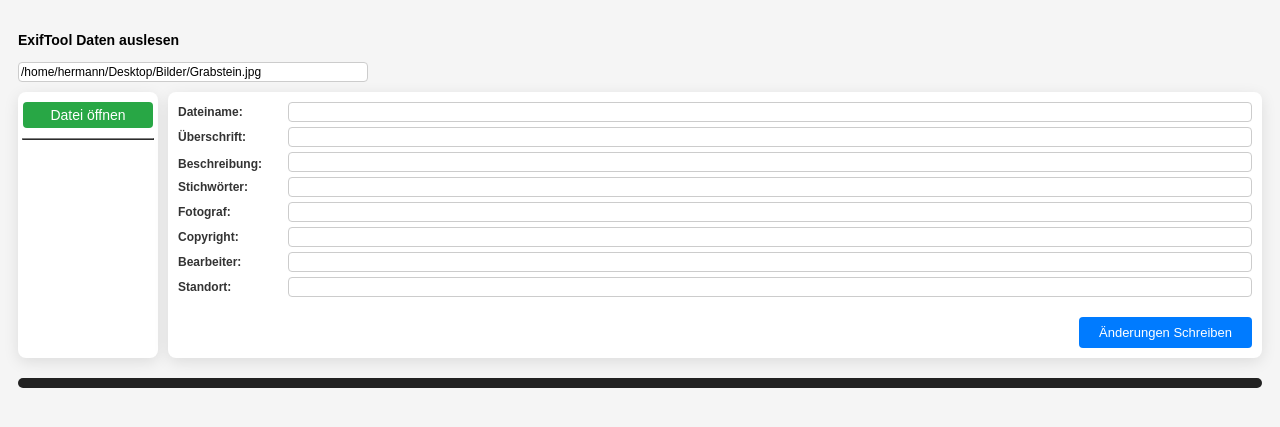
Repository: h-fahle/metadata
Page: ui/index.html
These files come from the project's save history. The page is drawn as it stood at one moment and after the next save; the edit follows.
The browser window is 1280 px wide. The pictures show the whole page.

Above is the page before, as saved 2026-08-17 09:57:57.

### ui/index.html
<!DOCTYPE html>
<html lang="de">

<head>
	<meta charset="UTF-8">
	<title>Tauri ExifTool Test</title>
	<link rel="stylesheet" href="style.css">
</head>

<body>
	<h3>ExifTool Daten auslesen</h3>

	<input type="text" id="bildpfad" value="/home/hermann/Desktop/Bilder/Grabstein.jpg">

	<div class="main-container">

		<!-- Das Vorschaubild links -->
		<div id="sidebar">
			<button id="file-open" onclick="dateiAuswählen()">Datei öffnen</button>
			<img id="vorschau-bild" src="" />
		</div>

		<!-- Das Formular rechts -->
		<form action="" method="post">
			<p>
				<label for="filename">Dateiname:</label>
				<input type="text" id="filename" name="filename"
					title="Im Einzelmodus: Änderung des Dateinamens bewirkt Umbenennung der Datei.
Im Stapelmodus: Ordnername is nicht änderbar."/>
			</p>
			<p>
				<label for="caption">Überschrift:</label>
				<input type="text" id="caption" name="caption"
					title="Auch (Dokument-)Titel, Schlagzeile, Headline"/>
			</p>
			<p>
				<label for="description">Beschreibung:</label>
				<textarea id="description" name="description" rows="10"
					title="Beschreibender Text in beliebiger Länge.
(Im Stapelmodus wird der eingegebene Text an vorhandenen angehängt.)
Hinweis: Einige Programme zeigen nur 2.000 Zeichen oder auch weniger an.">
				</textarea>
			</p>
			<p>
				<label for="keywords">Stichwörter:</label>
				<input type="text" id="keywords" name="keywords"
					title="Komma-separierte Liste. Groß-/Kleinschreibung beachten.
Im Stapelmodus werden die eingegebenen Stichwörter an vorhandene angehängt."/>
			</p>
			<p>
				<label for="creator">Fotograf:</label>
				<input type="text" id="creator" name="creator"
					title="Urheber, Ersteller, Autor
(Tags: Artitst, Creator, By-line)"/>
			</p>
			<p>
				<label for="copyright">Copyright:</label>
				<input type="text" id="copyright" name="copyright"
					title="Urheberrechtshinweis; enthält in der Regel:
Name des Fotografen, Aufnahmejahr und Nutzungsrechte;
(z.B. 'Copyright [1975] [Mustermann], Alle Rechte vorbehalten')"/>
			</p>
			<p>
				<label for="editor">Bearbeiter:</label>
				<input type="text" id="editor" name="editor"
					title="Verfasser der Metadaten
(Tags: Caption Writer, Writer Editor)"/>
			</p>
			<p>
				<label for="position">Standort:</label>
				<input type="text" id="position" name="position"
					title="GPS-Koordinaten in Dezimalgrad (51.49129, 8.43317).
Ermitteln der Koordinaten in der Google Maps-Karte:
  1. mit rechter Maustaste auf den Standort klicken,
  2. auf die angezeigten Koordinaten klicken,
  3. der so gespeicherte Wert kann dann mit Strg+V kopiert werden."/>
			</p>

			<!-- NEU: Der Speichern-Button am Ende des Formular-Containers -->
			<div style="text-align: right; margin-top: 15px;">
				<button onclick="exifSchreiben(event)"
					style="background: #007BFF; padding: 8px 20px; font-size: 13px;">Änderungen Schreiben</button>
			</div>

		</form>
	</div> <!-- Ende des main-containers -->

	<div id="ausgabe"></div>

	<script>

		async function dateiAuswählen() {
			try {
				const ergebnis = await window.__TAURI__.core.invoke('plugin:dialog|open', {
					options: {
						title: 'Bilddatei für ExifTool auswählen',
						directory: false,
						multiple: false,
						filters: [
							{ name: 'Bilder', extensions: ['jpg', 'jpeg', 'png', 'gif', 'tif', 'tiff', 'webp', 'avif', 'heic', 'heif'] }
						]
					}
				});

				// Wenn der Nutzer nicht abgebrochen hat (ergebnis ist nicht null)
				if (ergebnis) {
					// Falls das Ergebnis ein Objekt ist (z.B. { path: "..." }), holen wir den Pfad heraus,
					// ansonsten nehmen wir den String direkt.
					const pfad = typeof ergebnis === 'object' ? ergebnis.path : ergebnis;

					document.getElementById("bildpfad").value = pfad;

					// Sofort automatisch die Metadaten einlesen!
					exifAuslesen();
				}
			} catch (fehler) {
				document.getElementById("ausgabe").innerHTML = "<span style='color: red;'>Dialog-Fehler: " + fehler + "</span>";
			}
		}

		async function exifAuslesen() {
			const pfad = document.getElementById("bildpfad").value;
			const ausgabe = document.getElementById("ausgabe");
			const vorschauImg = document.getElementById("vorschau-bild");


			ausgabe.innerText = "Rufe ExifTool auf...";

			try {
				// 1. Metadaten über Rust holen
				const jsonText = await window.__TAURI__.core.invoke('lese_bild_metdaten', { dateipfad: pfad });
				const datenObjekt = JSON.parse(jsonText)[0]; 	// Das 1. JSON-Objekt im JSON-Array in JS-Objekt umwandeln

				document.getElementById('filename').value = datenObjekt.FileName || '';
				document.getElementById('caption').value = datenObjekt.CMB_Caption || '';
				document.getElementById('description').value = datenObjekt.Description || '';
				document.getElementById('keywords').value = datenObjekt.Keywords || '';
				document.getElementById('creator').value = datenObjekt.Creator || '';
				document.getElementById('copyright').value = datenObjekt.Copyright || '';
				document.getElementById('editor').value = datenObjekt.CMB_Editor || '';
				document.getElementById('position').value = datenObjekt.GPSPosition || '';

				// Wir nehmen das erste Element der Liste (ExifTool liefert immer ein Array)
				// und stellen es schön formatiert im Browser dar
				// ausgabe.innerText = JSON.stringify(datenObjekt[0], null, 2);
				ausgabe.innerText = jsonText;

				// Wir fragen Rust nach dem besten Weg für das Bild
				const vorschauErgebnis = await window.__TAURI__.core.invoke('hole_vorschaubild', { dateipfad: pfad });

				if (vorschauErgebnis === "STANDARD") {
					// Normales JPG/PNG über das Asset-Protokoll
					const assetUrl = window.__TAURI__.core.convertFileSrc(pfad);
					vorschauImg.src = assetUrl + "?t=" + new Date().getTime();
				} else if (vorschauErgebnis.startsWith("data:[embedded picture, 23 characters]")) {
					// TIF/TIFF über den im RAM kompilierten Rust-Wandler
					vorschauImg.src = vorschauErgebnis;
				}

				vorschauImg.style.display = "block";

			} catch (fehler) {
				ausgabe.innerHTML = "<span style='color: red;'>Fehler: " + fehler + "</span>";
				vorschauImg.style.display = "none";
				infoText.innerText = "Fehler beim Laden";
			}
		}

		async function exifSchreiben(ereignis) {
			if (ereignis) ereignis.preventDefault();  // verbietet dem Browser den automatischen Seiten-Reset!

			const pfad = document.getElementById("bildpfad").value;
			const ausgabe = document.getElementById("ausgabe");

			ausgabe.innerText = "Speichere Daten über ExifTool...";

			// Wir sammeln alle aktuellen Werte aus den Eingabefeldern ein
			const daten = {
				dateipfad: pfad,
				filename: document.getElementById('filename').value,
				caption: document.getElementById('caption').value,
				description: document.getElementById('description').value,
				keywords: document.getElementById('keywords').value.split(',').map(s => s.trim()).join(', '),
				creator: document.getElementById('creator').value,
				copyright: document.getElementById('copyright').value,
				editor: document.getElementById('editor').value,
				gps: document.getElementById('position').value
			};

			try {
				// Wir schicken das gesamte Paket an die Rust-Funktion 'schreibe_bild_metdaten'
				const antwort = await window.__TAURI__.core.invoke('schreibe_bild_metdaten', daten);

				// Bei Erfolg zeigen wir die Meldung in grüner Schrift an
				ausgabe.innerHTML = "<span style='color: #00ff00;'>" + antwort + "</span>";

				// 2. Da der Pfad dank preventDefault() jetzt bombenfest im Feld stehen bleibt,
				// funktioniert das Neuladen nun augenblicklich und fehlerfrei!
				await exifAuslesen();

			} catch (fehler) {
				// Falls etwas schiefgeht (z.B. Datei schreibgeschützt), zeigen wir den Fehler an
				ausgabe.innerHTML = "<span style='color: red;'>Fehler beim Speichern: " + fehler + "</span>";
			}
		}

	</script>
</body>

</html>

### ui/style.css
body {
	font-family: sans-serif;
	font-size:12px;
	padding: 10px;
	background: #f5f5f5;
}

button {
	margin: 5px 0;
	padding: 5px;
	font-size: 14px;
	cursor: pointer;
	background: #28a745;
	color: white;
	border: none;
	border-radius: 4px;
}

#ausgabe {
	margin-top: 20px;
	background: #222;
	color: #00ff00;
	padding: 5px;
	border-radius: 5px;
	font-family: monospace;
	white-space: pre-wrap;
	overflow-x: auto;
}
input#bildpfad {
	width: 350px;
}

/* Der neue Haupt-Container für die Nebeneinander-Ausrichtung */
.main-container {
	margin-top: 10px;
	display: flex;
	flex-direction: row;  /* Elemente nebeneinander */
	gap: 10px;            /* Abstand zwischen Bild und Formular */
	width: 100%;
	box-sizing: border-box;
}

/* Styling für den Bild-Bereich */
#sidebar {
	width: 140px;
	min-width: 140px;

	display: flex;
	flex-direction: column;
  	align-items: center;
  	justify-content: flex-start;

	padding-top: 5px;
	background-color: #ffffff;
	border-radius: 8px;
	box-shadow: 0 4px 15px rgba(0, 0, 0, 0.1);
}
#file-open {
	 width: 130px;
	 margin-bottom: 10px;
}
#vorschau-bild {
	width: 130px;
	height: auto;
	border: 1px outset gray;
}

/* Container des Formulars */
form {
	flex-grow: 1;
	margin: 0;
	padding: 5px 10px;
	background-color: #ffffff;
	border-radius: 8px;
	box-shadow: 0 4px 15px rgba(0, 0, 0, 0.1);
	font-family: Arial, sans-serif;
}

form p {
	display: flex;
	align-items: center;
	margin: 6px 0;       /* Geringer Zeilenabstand */
	width: 100%;
	margin-top: 5px;    /* Kleiner Abstand nach oben */
	margin-bottom: 5px; /* Kleiner Abstand nach unten */
}

/* Feste Breite für die Labels + Linksbündig */
label {
	display: inline-block;
	width: 110px;
	text-align: left;
	font-weight: bold;
	color: #333333;
	flex-shrink: 0; /* Verhindert, dass der Text zusammengedrückt wird */
}
label[for="description"] {
	vertical-align: top;
	margin-top: 3px; /* Schiebt das Label minimal nach unten, damit es perfekt synchron zur ersten Textzeile steht */
}

/* Eingabefelder füllen den restlichen Platz der Zeile aus */
input[type="text"],
textarea {
	flex-grow: 1; /* Alle Felder starten exakt an der gleichen Linie */
	width: 100%;
	min-width: 0;
	padding: 2px;
	border: 1px solid #cccccc;
	border-radius: 4px;
	box-sizing: border-box;
	font-size: 12px;
}
textarea {
    /* DIESE BEIDEN ZEILEN LÖSEN DAS LINUX-PROBLEM ENDGÜLTIG: */
    field-sizing: content;   /* Die Box wächst automatisch zeilenweise mit! */
    overflow: hidden;        /* Schaltet Scrollbalken und damit den Bug komplett ab */
    resize: none;            /* Der Nutzer muss nicht mehr manuell ziehen */
}

/* Aktives Feld bei Klick */
input:focus,
textarea:focus {
	border-color: #007BFF;
	outline: none;
	box-shadow: 0 0 5px rgba(0, 123, 255, 0.5);
}

/* Der Absendeknopf richtet sich nach den Eingabefeldern aus */
.button-group {
	display: flex;
	justify-content: flex-end;
}

button[type="submit"] {
	width: 200px;
	padding: 12px;
	background-color: #007BFF;
	color: white;
	border: none;
	border-radius: 4px;
	font-size: 16px;
	cursor: pointer;
	transition: background-color 0.3s ease;
}
button[type="submit"]:hover {
	background-color: #0056b3;
}

After the next save:
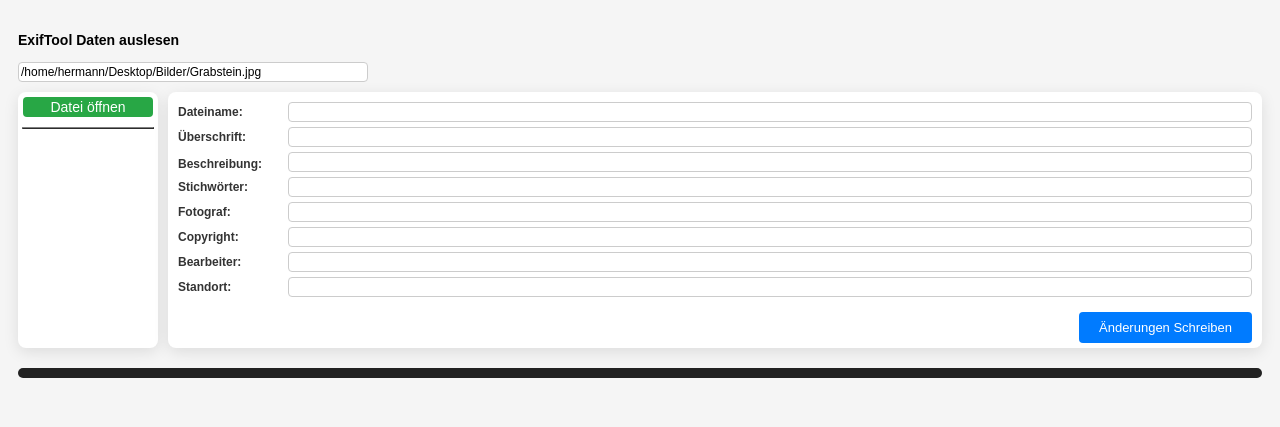
Saved 11 min 1 s later.
--- a/ui/style.css
+++ b/ui/style.css
@@ -6,8 +6,7 @@ body {
 }
 
 button {
-	margin: 5px 0;
-	padding: 5px;
+	padding: 2px;
 	font-size: 14px;
 	cursor: pointer;
 	background: #28a745;
